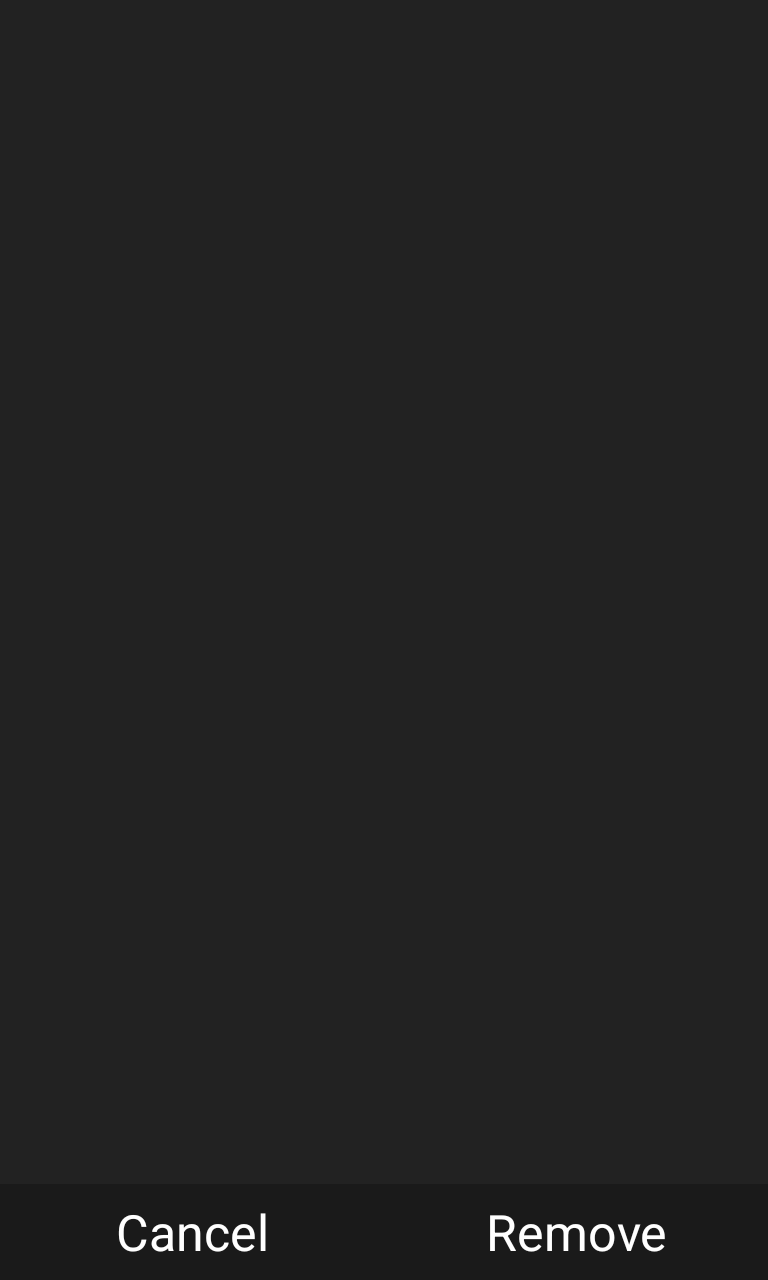
Repository: andyhurd/SuperMunchkin
Layout: SuperMunchkin/res/layout/activity_restore_players.xml
The author's editor kept a copy of each file at every save. The layout is drawn from the files as they stood at one save, then again after the next save.
It is drawn on a 768 x 1280 px phone screen (xhdpi) without system bars, with theme AppTheme; the app's code is not run. Lists and similar views that code fills are empty.

Above is the layout before, as saved 2012-11-02 05:10:58.

### SuperMunchkin/res/layout/activity_restore_players.xml

    <LinearLayout xmlns:android="http://schemas.android.com/apk/res/android"
        android:layout_width="fill_parent"
        android:layout_height="fill_parent"
        android:orientation="vertical"
        android:background="@color/charcoal" >

        <ListView
            android:id="@android:id/list"
            android:layout_width="match_parent"
            android:layout_height="0dip"
            android:layout_weight="1" />

        <LinearLayout
            android:layout_width="match_parent"
            android:layout_height="wrap_content"
            android:orientation="horizontal"
	        android:layout_gravity="bottom"
	        android:background="@color/charcoal_accent" >

	        <Button
	            android:id="@+id/cancelButton"
	            android:layout_width="match_parent"
	            android:layout_height="wrap_content"
	            android:text="@string/cancel"
	            android:textSize="25dip"
	            android:textColor="@android:color/white"
	        	style="?android:attr/borderlessButtonStyle"
	        	android:layout_weight="1" />

	        <Button
	            android:id="@+id/restoreButton"
	            android:layout_width="match_parent"
	            android:layout_height="wrap_content"
	            android:text="@string/remove"
	            android:textSize="25dip"
	            android:textColor="@android:color/white"
	        	style="?android:attr/borderlessButtonStyle"
	        	android:layout_weight="1" />

        </LinearLayout>

    </LinearLayout>

### SuperMunchkin/res/values/colors.xml
<resources>

    <color name="charcoal">#222222</color>
    <color name="charcoal_accent">#1A1A1A</color>
    <color name="mist">#BBBBBB</color>
    <color name="holo_blue_bright">#FF33FFFF</color>

</resources>

### SuperMunchkin/res/values/strings.xml
<resources>

    <string name="app_name">SuperMunchkin</string>
    <string name="averageGearAbbr">AVG GEAR</string>
    <string name="averageLevelAbbr">AVG LEVEL</string>
    <string name="cancel">Cancel</string>
    <string name="choose_next">Choose Next</string>
    <string name="declare_victor">is the winner!</string>
    <string name="done">Done</string>
    <string name="false_abbr">F</string>
    <string name="finish">Finish</string>
    <string name="firstName">First Name</string>
    <string name="first_player_prompt">Who Plays First?</string>
    <string name="gamesPlayedAbbr">GAMES PLAYED</string>
    <string name="gamesWonAbbr">GAMES WON</string>
    <string name="gear">Gear</string>
    <string name="gearAbbr">GEAR</string>
    <string name="lastName">Last Name</string>
    <string name="level">Level</string>
    <string name="levelAbbr">LEVEL</string>
    <string name="menu_settings">Settings</string>
    <string name="nextPlayer">Next Player</string>
    <string name="next_player_prompt">Who Plays Next?</string>
    <string name="one">1</string>
    <string name="new_game">New Game</string>
    <string name="player">PLAYER</string>
    <string name="playerName">Player Name</string>
    <string name="plus_sign">+</string>
    <string name="previousPlayer">Previous Player</string>
    <string name="reorder">Reorder</string>
    <string name="removePlayers">Remove Players</string>
    <string name="remove">Remove</string>
    <string name="restorePlayers">Restore Players</string>
    <string name="restore">Restore</string>
    <string name="resume_game">Resume Game</string>
    <string name="unfinished_game">Unfinished Game</string>
    <string name="save">Save</string>
    <string name="start">Start</string>
    <string name="statistics">Statistics</string>
    <string name="totalGearAbbr">TOTAL GEAR</string>
    <string name="totalLevelAbbr">TOTAL LEVEL</string>
    <string name="true_abbr">T</string>
    <string name="warrior">Warrior</string>
    <string name="warriorAbbr">WARR</string>
    <string name="warriorFull">WARRIOR</string>
    <string name="winPercentageAbbr">WIN%</string>
    <string name="zero">0</string>
    <string name="zeroPercent">0.0%</string>

</resources>

Loaded but not shown: SuperMunchkin/res/values-v11/styles.xml (common file); SuperMunchkin/res/values-v14/styles.xml (common file); SuperMunchkin/res/values/styles.xml (common file)

After the next save:
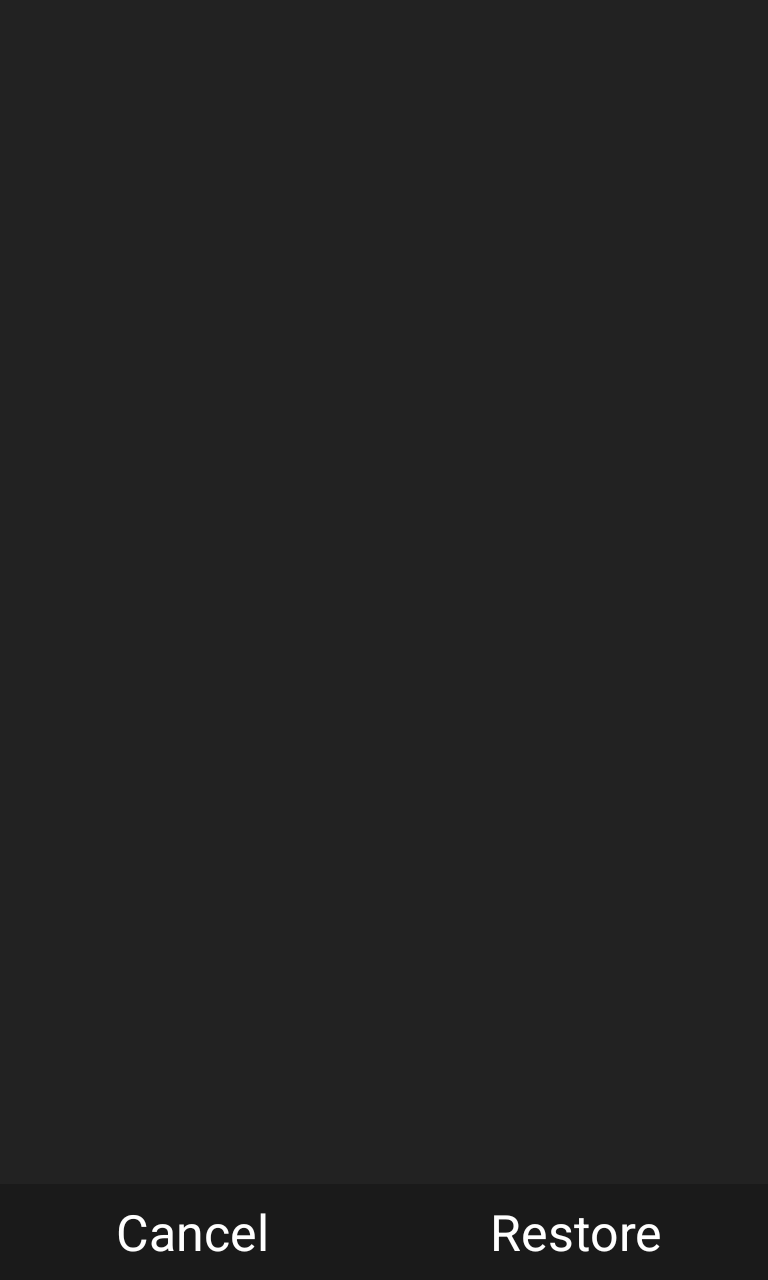
Saved 5 s later.
--- a/SuperMunchkin/res/layout/activity_restore_players.xml
+++ b/SuperMunchkin/res/layout/activity_restore_players.xml
@@ -32,7 +32,7 @@
 	            android:id="@+id/restoreButton"
 	            android:layout_width="match_parent"
 	            android:layout_height="wrap_content"
-	            android:text="@string/remove"
+	            android:text="@string/restore"
 	            android:textSize="25dip"
 	            android:textColor="@android:color/white"
 	        	style="?android:attr/borderlessButtonStyle"
